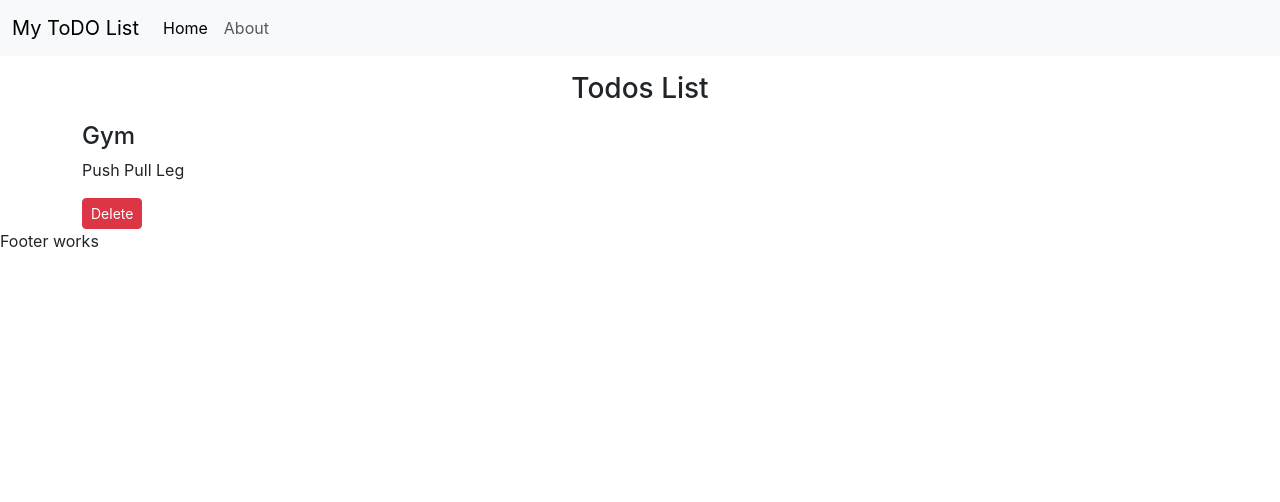
Repository: AshwinUgale/ToDoList
Page: /
These files come from the project's save history. The page is drawn as it stood at one moment and after a run of saves; the edit follows.
The browser window is 1280 px wide. The pictures show the whole page.
The project was rebuilt for these pictures with package versions that can differ from the ones it lists, and the page was loaded fresh each time. Also part of the build but not shown: src/App.css.

Above is the page before, as saved 2024-12-21 16:02:22.

### public/index.html
<!DOCTYPE html>
<html lang="en">
  <head>
    <meta charset="utf-8" />
    <link rel="icon" href="%PUBLIC_URL%/favicon.ico" />
    <meta name="viewport" content="width=device-width, initial-scale=1" />
    <meta name="theme-color" content="#000000" />
    <meta
      name="description"
      content="Web site created using create-react-app"
    />
    <link rel="apple-touch-icon" href="%PUBLIC_URL%/logo192.png" />

    <link rel="manifest" href="%PUBLIC_URL%/manifest.json" />
    <link href="https://cdn.jsdelivr.net/npm/bootstrap@5.3.3/dist/css/bootstrap.min.css" rel="stylesheet" integrity="sha384-QWTKZyjpPEjISv5WaRU9OFeRpok6YctnYmDr5pNlyT2bRjXh0JMhjY6hW+ALEwIH" crossorigin="anonymous">
    <title>Todos List</title>
  </head>
  <body>
    <noscript>You need to enable JavaScript to run this app.</noscript>
    <div id="root"></div>


  </body>
  <script src="https://cdn.jsdelivr.net/npm/bootstrap@5.3.3/dist/js/bootstrap.bundle.min.js" integrity="sha384-YvpcrYf0tY3lHB60NNkmXc5s9fDVZLESaAA55NDzOxhy9GkcIdslK1eN7N6jIeHz" crossorigin="anonymous"></script>
</html>

### src/App.js

import './App.css';
import Header from './MyComponents/Header';
import {Footer} from "./MyComponents/Footer";
import {Todos} from "./MyComponents/Todos";

function App() {
  let todo = [
    {
      sno: 1,
      title: "Gym",
      desc: "Push Pull Leg"
    },
    {
      sno: 2,
      title: "Leetcode",
      desc: "Leetcode from neetcode"
    },
    {
      sno: 1,
      title: "Webdev",
      desc: "practice and develop "
    },
  ]
  return (
    <>
    <Header title="My ToDO List" searchBar={false}/>
    <Todos todo={todo}/>
    <Footer/>
    </>
  );
}

export default App;

### src/MyComponents/Header.js
import React from 'react';
import PropTypes from 'prop-types';
export default function Header({ title = "Your Title Here", searchBar = true }) {
    console.log("Props received in Header:", {title,searchBar});
  return (
    <nav className="navbar navbar-expand-lg bg-body-tertiary">
      <div className="container-fluid">
        <a className="navbar-brand" href="#">{title}</a>
        <button
          className="navbar-toggler"
          type="button"
          data-bs-toggle="collapse"
          data-bs-target="#navbarSupportedContent"
          aria-controls="navbarSupportedContent"
          aria-expanded="false"
          aria-label="Toggle navigation"
        >
          <span className="navbar-toggler-icon"></span>
        </button>
        <div className="collapse navbar-collapse" id="navbarSupportedContent">
          <ul className="navbar-nav me-auto mb-2 mb-lg-0">
            <li className="nav-item">
              <a className="nav-link active" aria-current="page" href="#">Home</a>
            </li>
            <li className="nav-item">
              <a className="nav-link" href="#">About</a>
            </li>

          </ul>
          {searchBar?<form className="d-flex" role="search">
            <input
              className="form-control me-2"
              type="search"
              placeholder="Search"
              aria-label="Search"
            />
            <button className="btn btn-outline-success" type="submit">
              Search
            </button>
          </form>:""}
        </div>
      </div>
    </nav>
  )
}

Header.defaultProps ={
    title: "Your Title Here",
    searchBar: true
}

Header.propTypes = {
    title: PropTypes.string,
    searchBar: PropTypes.bool,
  };

### src/MyComponents/Footer.js
import React from 'react'

export const Footer = () => {
  return (
    <div>
        Footer works
    </div>
  )
}

### src/MyComponents/Todos.js
import React from 'react'
import {TodoItem } from "../MyComponents/TodoItem";

export const Todos = (props) => {
  return (
    <div className="container">
        <h3 className="text-center my-3">Todos List</h3>
        {/* {props.todos} */}
        <TodoItem todo={props.todo[0]}/>
    </div>
  )
}

### src/MyComponents/TodoItem.js
import React from 'react'

export const TodoItem = ({todo}) => {
  return (
    <div>
        <h4>{todo.title}</h4>
        <p>{todo.desc}</p>
        <button className="btn btn-sm btn-danger">Delete</button>
    </div>
  )
}

Loaded but not shown: src/index.js (common file); src/index.css (common file); src/reportWebVitals.js (common file)

After the next 5 saves:
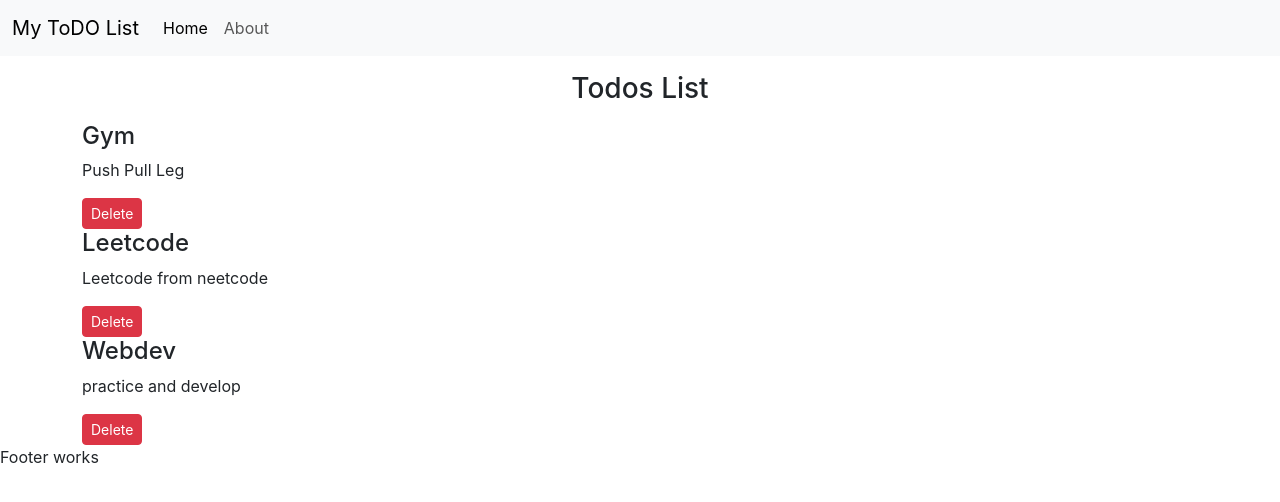
The 5 saves are shown as one change because 4 did not build or start.
The last was saved 4 min 53 s later.
--- a/src/MyComponents/Todos.js
+++ b/src/MyComponents/Todos.js
@@ -5,8 +5,10 @@ export const Todos = (props) => {
   return (
     <div className="container">
         <h3 className="text-center my-3">Todos List</h3>
-        {/* {props.todos} */}
-        <TodoItem todo={props.todo[0]}/>
+        {props.todo.map((todo)=>{
+          return <TodoItem todo={todo}/>
+        })}
+
     </div>
   )
 }
